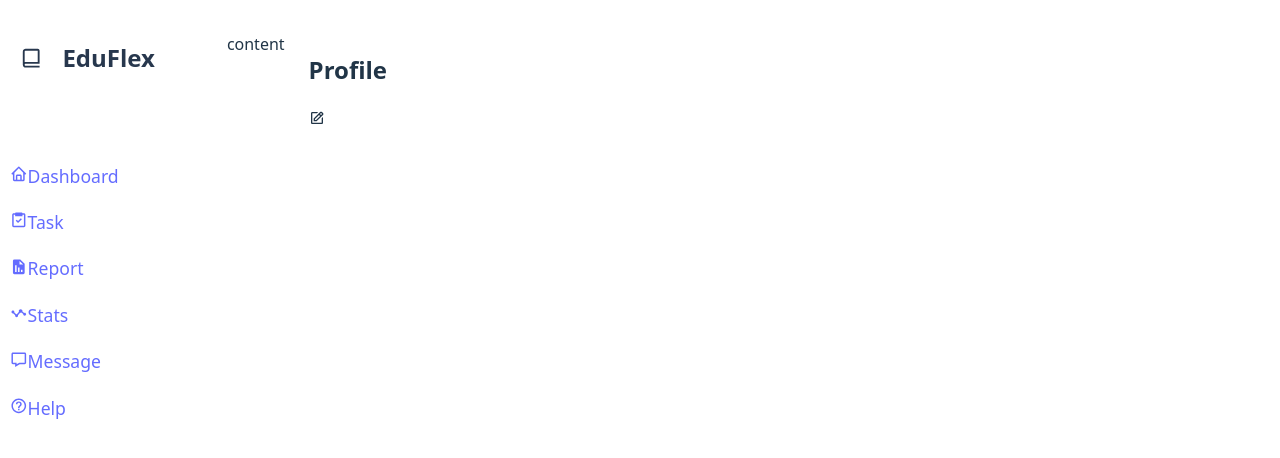
Repository: gogg23/react-dash
Page: /
These files come from the project's save history. The page is drawn as it stood at one moment and after the next save; the edit follows.
The browser window is 1280 px wide. The pictures show the whole page.
The project was rebuilt for these pictures with package versions that can differ from the ones it lists, and the page was loaded fresh each time. Also part of the build but not shown: vite.config.js.

Above is the page before, as saved 2025-03-29 16:33:46.

After the next save:
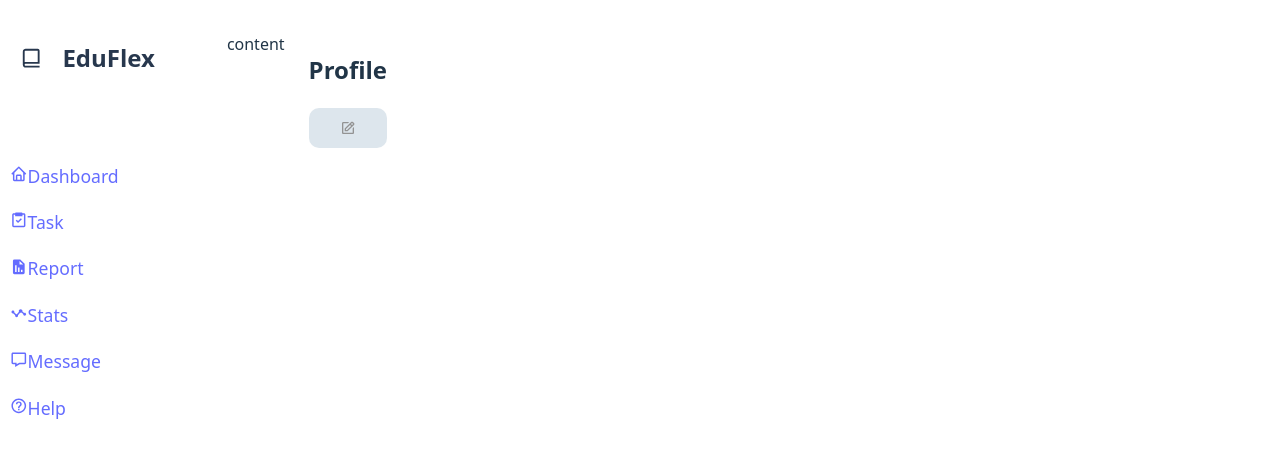
Saved 6 min 0 s later.
--- a/src/styles/profile.css
+++ b/src/styles/profile.css
@@ -6,3 +6,11 @@
   justify-content: space-between;
   align-items: center;
 }
+.edit {
+  background: #dde6ed;
+  padding: 12px;
+  border-radius: 10px;
+  color: #939393;
+  display: flex;
+  justify-content: center;
+}
